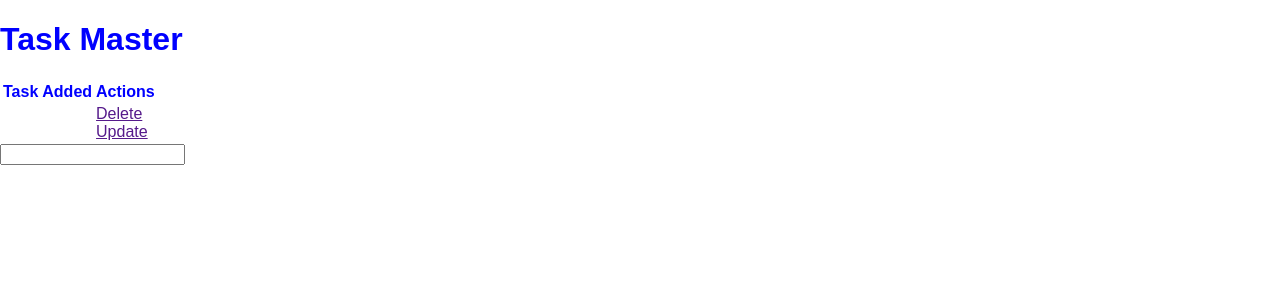
Repository: zamaniali1995/Flask-Intro
Page: http://localhost/
The author's editor kept a copy of each file at every save. The page is drawn from the files as they stood at one save, then again after the next save.
The browser window is 1280 px wide. The pictures show the whole page.
The page is served by the project's application, run on Flask 3 (app.py).

Above is the page before, as saved 2021-05-12 12:43:06.

After the next save:
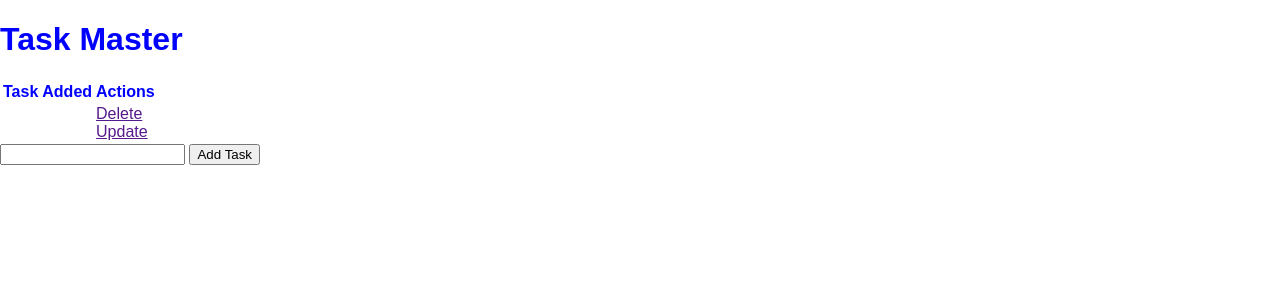
Saved 80 s later.
--- a/templates/index.html
+++ b/templates/index.html
@@ -21,6 +21,7 @@
 
     <form action="/" method="POST">
         <input type="text" name="content" id="content">
+        <input type="submit" value="Add Task">
     </form>
 </div>
 {% endblock %}
